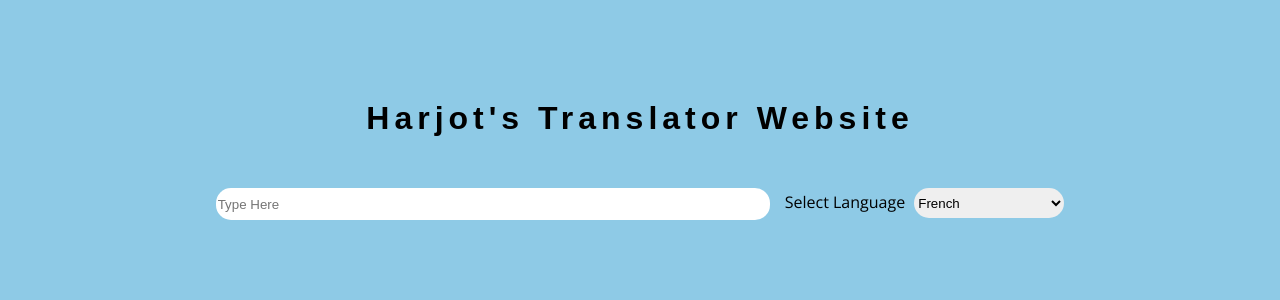
Repository: Harjot00/Pythonpractice
Page: Translator/homepage.html
The author's editor kept a copy of each file at every save. The page is drawn from the files as they stood at one save, then again after the next save.
The browser window is 1280 px wide. The pictures show the whole page.
Some web fonts or font styles are not loaded; a fallback is used.

Above is the page before, as saved 2022-03-06 19:06:39.

After the next save:
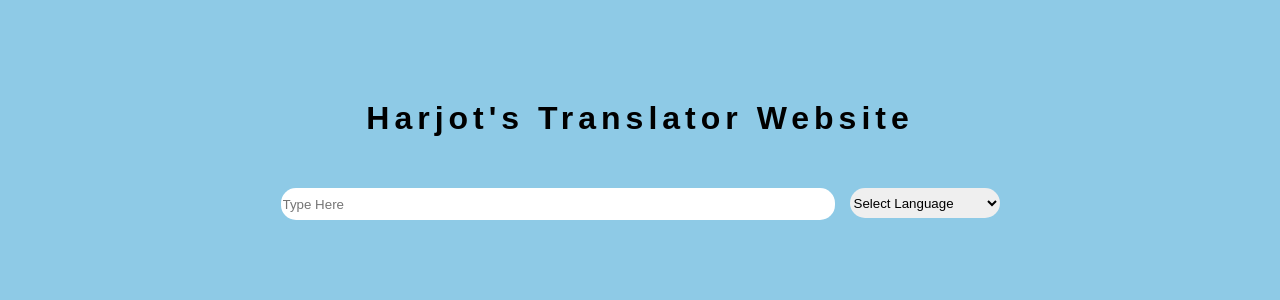
Saved 14 min 1 s later.
--- a/Translator/homepage.html
+++ b/Translator/homepage.html
@@ -15,14 +15,17 @@
     <div style = "display: flex; justify-content: center;">
         <input type="text" id="entry" placeholder="Type Here"></input>
         <form id="language">
-            <Label>Select Language</Label>
+
             <select>
+                <option disabled selected>Select Language</option>
                 <option value="volvo">French</option>
                 <option value="saab">Italian</option>
                 <option value="opel">German</option>
                 <option value="audi">Chinese</option>
             </select>
         </form>
+    </div>
+    <div>
 
     </div>
 </body>
